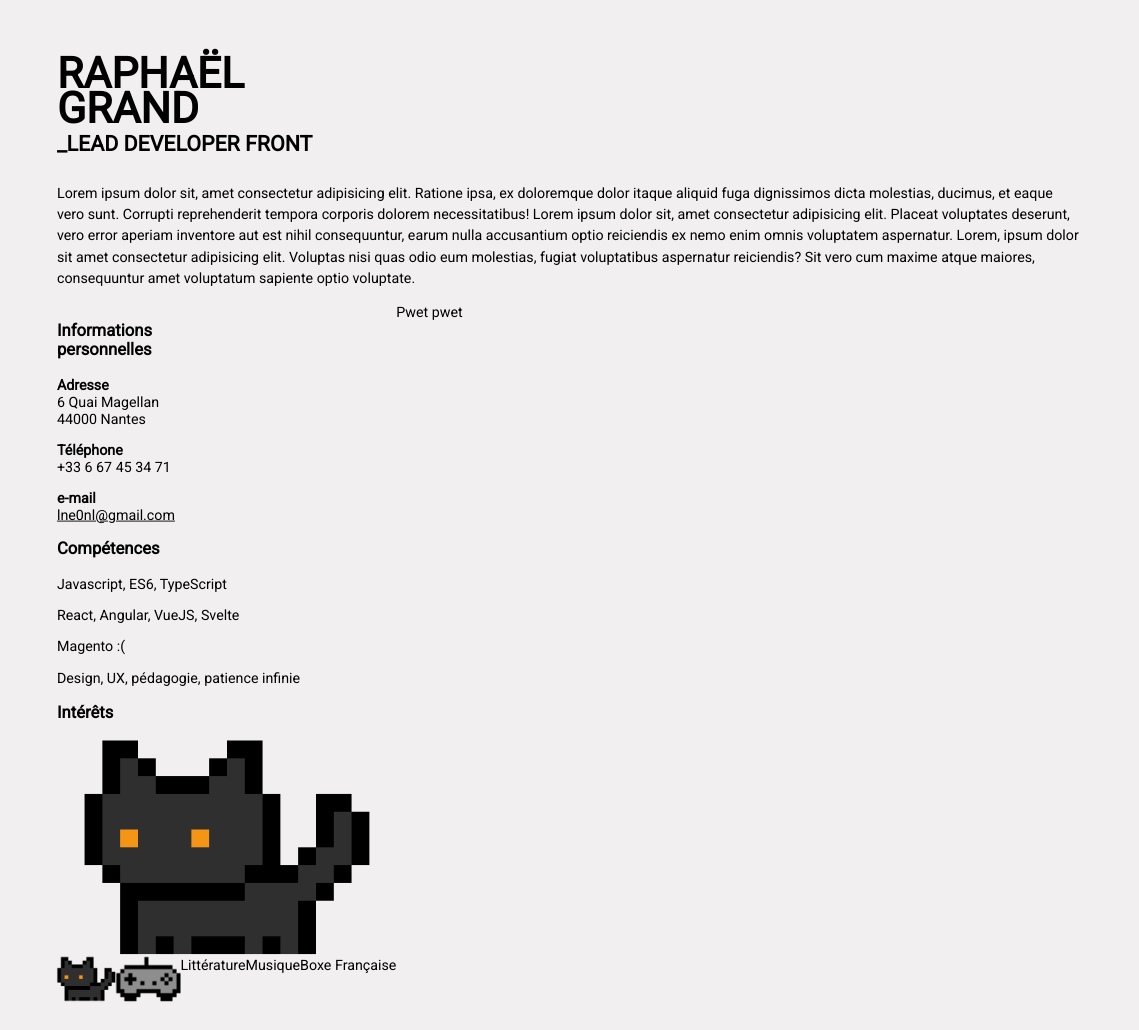
Repository: lne0nl/resume
Page: index.html
The author's editor kept a copy of each file at every save. The page is drawn from the files as they stood at one save, then again after the next save.
The browser window is 1280 px wide. The pictures show the whole page, at 89% of full size.

Above is the page before, as saved 2021-12-10 10:43:52.

After the next save:
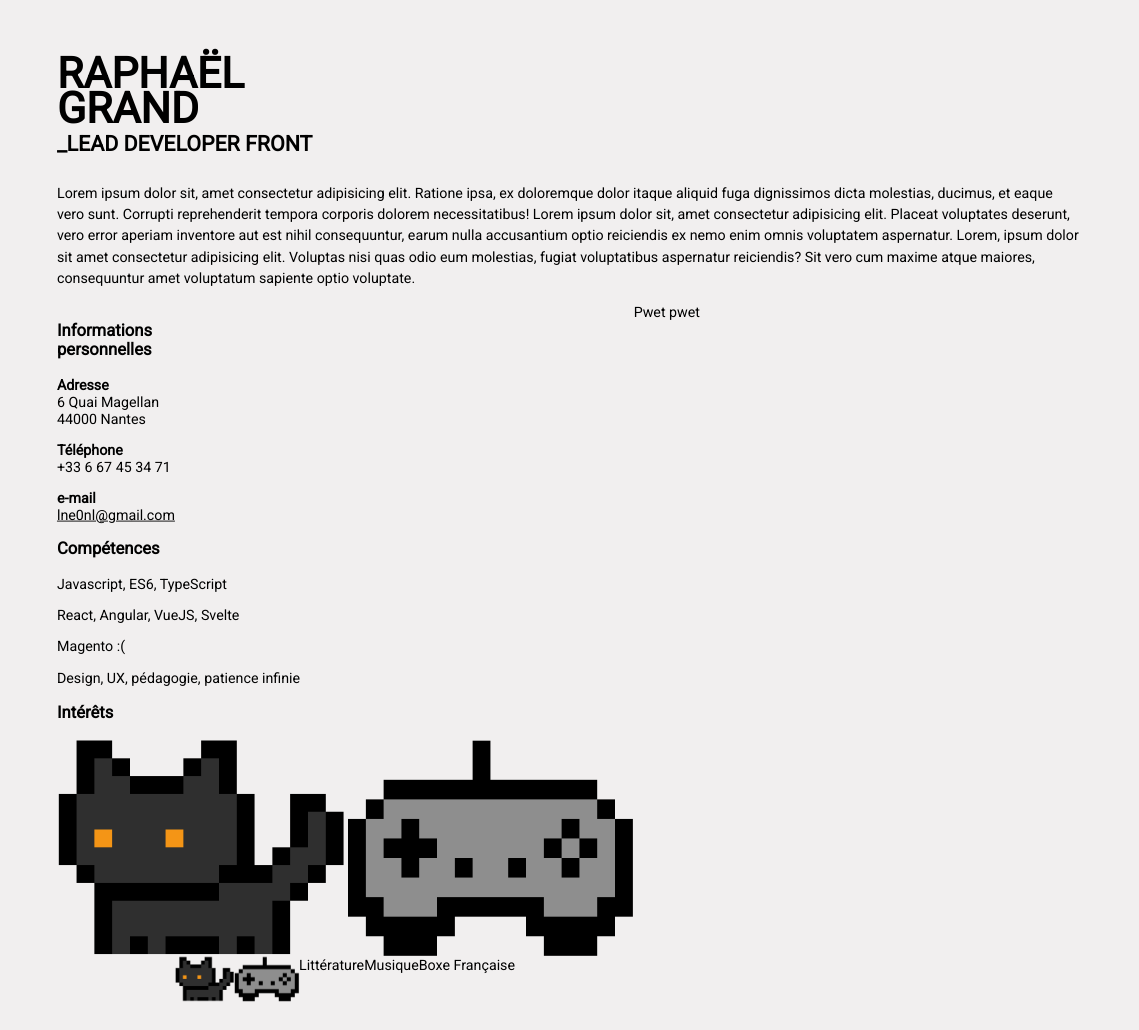
Saved 9 s later.
--- a/index.html
+++ b/index.html
@@ -63,6 +63,7 @@
           <h3>Intérêts</h3>
           <div class="interests">
             <img src="images/cat.png" alt="animals">
+            <img src="images/pad.png" alt="video games">
           </div>
           <ul class="interests">
             <li title="Animaux"><img src="images/cat.png" alt="animals"></li>
